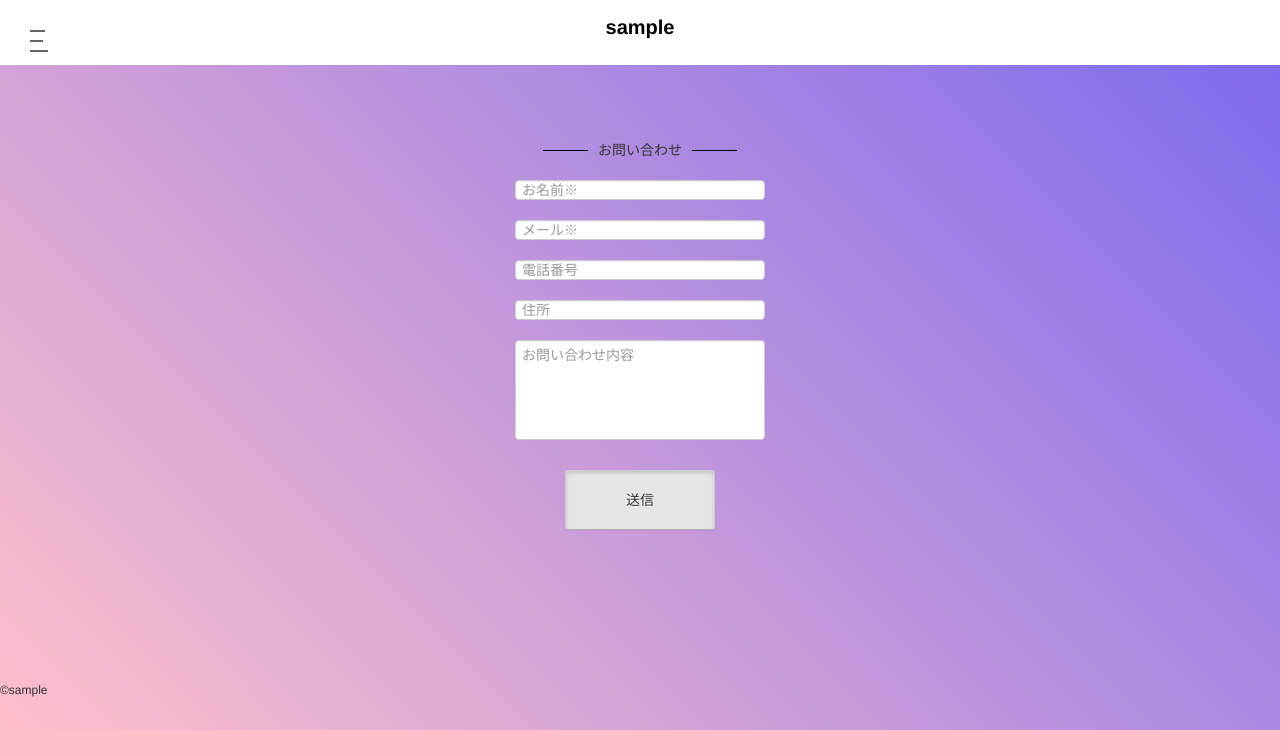
Repository: hayashikazuki/side_job_tenp_hayashi
Page: salon-tenp/contact.html
The author's editor kept a record of every edit. The page is drawn from the files as they stood at one moment, then again after the next edit.
The browser window is 1280 px wide. The pictures show the whole page.
Some web libraries are served in a nearby version.

Above is the page before.

### salon-tenp/contact.html
<!DOCTYPE>
<html lang="ja">
    <head>
        <meta charaset="UTF-8">
        <title>sampleサロン</title>
        <meta charset="UTF-8">
        <meta name="viewport" content="width=device-width,initial-scale=1">
        <link rel="stylesheet" href="contact.css"/>
        <link rel="stylesheet" href="bootstrap.css"/>
        <link href="https://use.fontawesome.com/releases/v5.6.1/css/all.css" rel="stylesheet">
        <link rel="stylesheet" href="https://cdnjs.cloudflare.com/ajax/libs/font-awesome-animation/0.0.10/font-awesome-animation.css"
        type="text/css" media="all" />
        <script src="https://ajax.googleapis.com/ajax/libs/jquery/3.5.1/jquery.min.js"></script>
        <script src="contact.js"></script>
    </head>
    <body>
        <header>
            <h1>sample</h1>
        </header>

        <div id="navArea">

            <nav>
                <div class="inner">
                  <ul>
                    <li><a href="#">TOP</a></li>
                    <li><a href="#">店舗紹介</a></li>
                    <li><a href="#">お問い合わせ</a></li>
                  </ul>
                </div>
            </nav>

          　<div class="toggle_btn">
                <span></span>
                <span></span>
                <span></span>
          　</div>

      　　　　<div id="mask"></div>

    　　</div>

    　　<section class="contact-form">
            <p>お問い合わせ</p>
            <form action="contact.php" method="post">
                    <input type="text" name="name"  placeholder="お名前※" required><br />
                    <input type="email" name="email"  placeholder="メール※" required><br />
                    <input type="text" name="tel"  placeholder="電話番号"><br />
                    <input type="text" name="address"  placeholder="住所"><br />
                    <textarea name="messages" placeholder="お問い合わせ内容" style="resize:none"></textarea>
                    <button type="submit" name="submit" class="btn btn-default btn-lg active"　onclick="clickEvent()">送信</button>
            </form>

        </section>

         <footer>
            <p>&copy;sample</p>
        </footer>



    　</body>
    </html>

### salon-tenp/contact.css
body{
    margin:0;
}

header {
  position: fixed;
  top: 0;
  left: 0;
  z-index: 2;
  width: 100%;
  height: 65px;
  background: white;
}
header h1 {
  color: black;
  text-align:center;
  font-size:20px;
  line-height:35px;
  transition: .3s;
}

/*============
nav
=============*/
nav {
  display: block;
  position: fixed;
  top: 0;
  left: -300px;
  bottom: 0;
  width: 300px;
  background: #ffffff;
  overflow-x: hidden;
  overflow-y: auto;
  -webkit-overflow-scrolling: touch;
  transition: .5s;
  z-index: 3;
}
.open nav {
  left: 0;
}
nav .inner {
  padding: 25px;
}
nav .inner ul {
  list-style: none;
  margin: 0;
  padding: 0;
}
nav .inner ul li {
  position: relative;
  margin: 0;
  border-bottom: 1px solid #333;
}
nav .inner ul li a {
  display: block;
  color: #333;
  font-size: 14px;
  padding: 1em;
  text-decoration: none;
  transition-duration: 0.2s;
}
nav .inner ul li a:hover {
  background: #e4e4e4;
}

@media screen and (max-width: 767px) {
  nav {
    left: -240px;
    width: 240px;
  }
}
/*============
@keyframes
=============*/
@keyframes equalizer01 {
  0% {
    width: 70%;
  }
  10% {
    width: 50%;
  }
  20% {
    width: 100%;
  }
  30% {
    width: 10%;
  }
  40% {
    width: 50%;
  }
  50% {
    width: 70%;
  }
  60% {
    width: 50%;
  }
  70% {
    width: 10%;
  }
  80% {
    width: 100%;
  }
  90% {
    width: 10%;
  }
  100% {
    width: 70%;
  }
}
@keyframes equalizer02 {
  0% {
    width: 30%;
  }
  10% {
    width: 20%;
  }
  20% {
    width: 40%;
  }
  30% {
    width: 10%;
  }
  40% {
    width: 20%;
  }
  50% {
    width: 30%;
  }
  60% {
    width: 20%;
  }
  70% {
    width: 10%;
  }
  80% {
    width: 40%;
  }
  90% {
    width: 10%;
  }
  100% {
    width: 30%;
  }
}
/*============
.toggle_btn
=============*/
.toggle_btn {
  display: block;
  position: fixed;
  top: 25px;
  left: 30px;
  width: 60px;
  height: 30px;
  transform: translate(0, 0);
  transition: all .5s;
  cursor: pointer;
  z-index: 3;
}
.open .toggle_btn {
  left: 330px;
}
.toggle_btn span {
  display: block;
  position: absolute;
  left: 0;
  width: 30px;
  height: 2px;
  background-color: #666;
  transition: all .5s;
}
.toggle_btn span:nth-child(1) {
  top: 5px;
  width: 60px;
  animation: equalizer01 7000ms infinite;
}
.toggle_btn span:nth-child(2) {
  top: 15px;
  width: 30px;
  animation: equalizer02 5000ms infinite;
  animation-delay: 0.33s;
}
.toggle_btn span:nth-child(3) {
  top: 25px;
  width: 20px;
  animation: equalizer02 5000ms infinite;
}
.open .toggle_btn span {
  background-color: #fff;
  width: 30px;
}
.open .toggle_btn span:nth-child(1) {
  transform: translate(0, 10px) rotate(-45deg);
  animation: unset;
}
.open .toggle_btn span:nth-child(2) {
  opacity: 0;
  animation: unset;
}
.open .toggle_btn span:nth-child(3) {
  transform: translate(0, -10px) rotate(45deg);
  animation: unset;
}
@media screen and (max-width: 767px) {
  .open .toggle_btn {
    left: 260px;
  }
}
/*============
#mask
=============*/
#mask {
  display: none;
}
.open #mask {
  display: block;
  position: fixed;
  top: 0;
  left: 0;
  width: 100%;
  height: 100%;
  background: #000;
  opacity: .8;
  z-index: 2;
  cursor: pointer;
  transition: all .5s;
}

body{
  background: linear-gradient(-135deg, #7B68EE, pink);
}

.contact-form{
    width:80%;
    margin:100px auto 20px auto;
    text-align:center;

}

.contact-form input{
  display:block;
  margin:10px auto 5px auto;
  width:250px;
  height:40px;
}

.contact-form textarea{
  display:block;
  margin:10px auto 5px auto;
  width:250px;
  height:100px;
}

.contact-form button{
  display:block;
  margin:30px auto 20px auto;
  width:150px;
  height:60px;
}

.contact-form p {
  position: relative;
  display: inline-block;
  padding: 0 55px;
}

.contact-form p:before, .contact-form p:after {
  content: '';
  position: absolute;
  top: 50%;
  display: inline-block;
  width: 45px;
  height: 1px;
  background-color: black;
}

.contact-form p:before {
  left:0;
}
.contact-form p:after {
  right: 0;
}

footer p{
    margin-top:150px;
    font-size:12px;
}

### salon-tenp/contact.js
$(function() {

  var $nav   = $('#navArea');
  var $btn   = $('.toggle_btn');
  var $mask  = $('#mask');
  var open   = 'open'; // class
  // menu open close
  $btn.on( 'click', function() {
    if ( ! $nav.hasClass( open ) ) {
      $nav.addClass( open );
    } else {
      $nav.removeClass( open );
    }
  });
  // mask close
  $mask.on('click', function() {
    $nav.removeClass( open );
  });


});

Loaded but not shown: salon-tenp/bootstrap.css (library)

After the next edit:
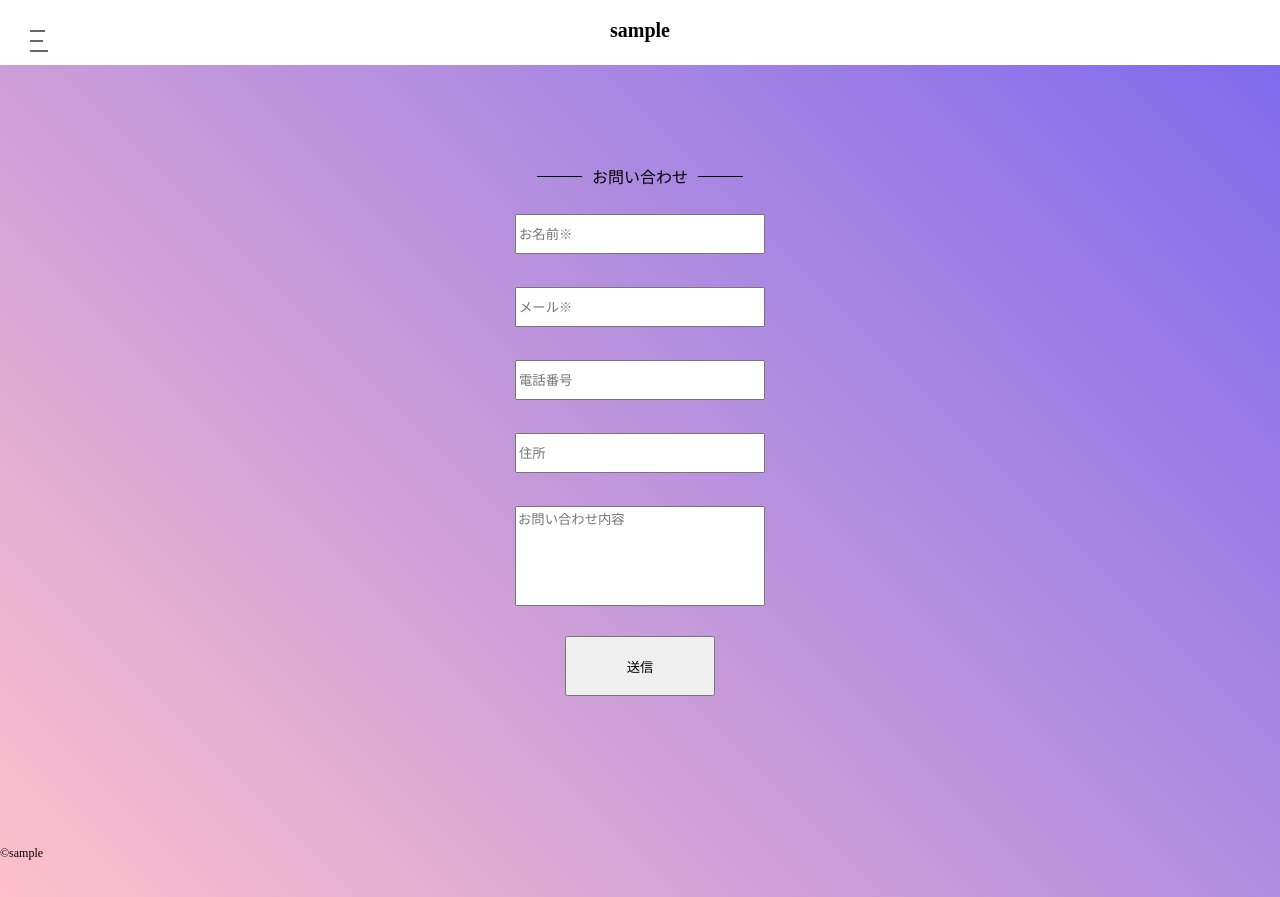
The edit:
--- a/salon-tenp/contact.html
+++ b/salon-tenp/contact.html
@@ -6,7 +6,7 @@
         <meta charset="UTF-8">
         <meta name="viewport" content="width=device-width,initial-scale=1">
         <link rel="stylesheet" href="contact.css"/>
-        <link rel="stylesheet" href="bootstrap.css"/>
+        <!--<link rel="stylesheet" href="bootstrap.css"/>-->
         <link href="https://use.fontawesome.com/releases/v5.6.1/css/all.css" rel="stylesheet">
         <link rel="stylesheet" href="https://cdnjs.cloudflare.com/ajax/libs/font-awesome-animation/0.0.10/font-awesome-animation.css"
         type="text/css" media="all" />
